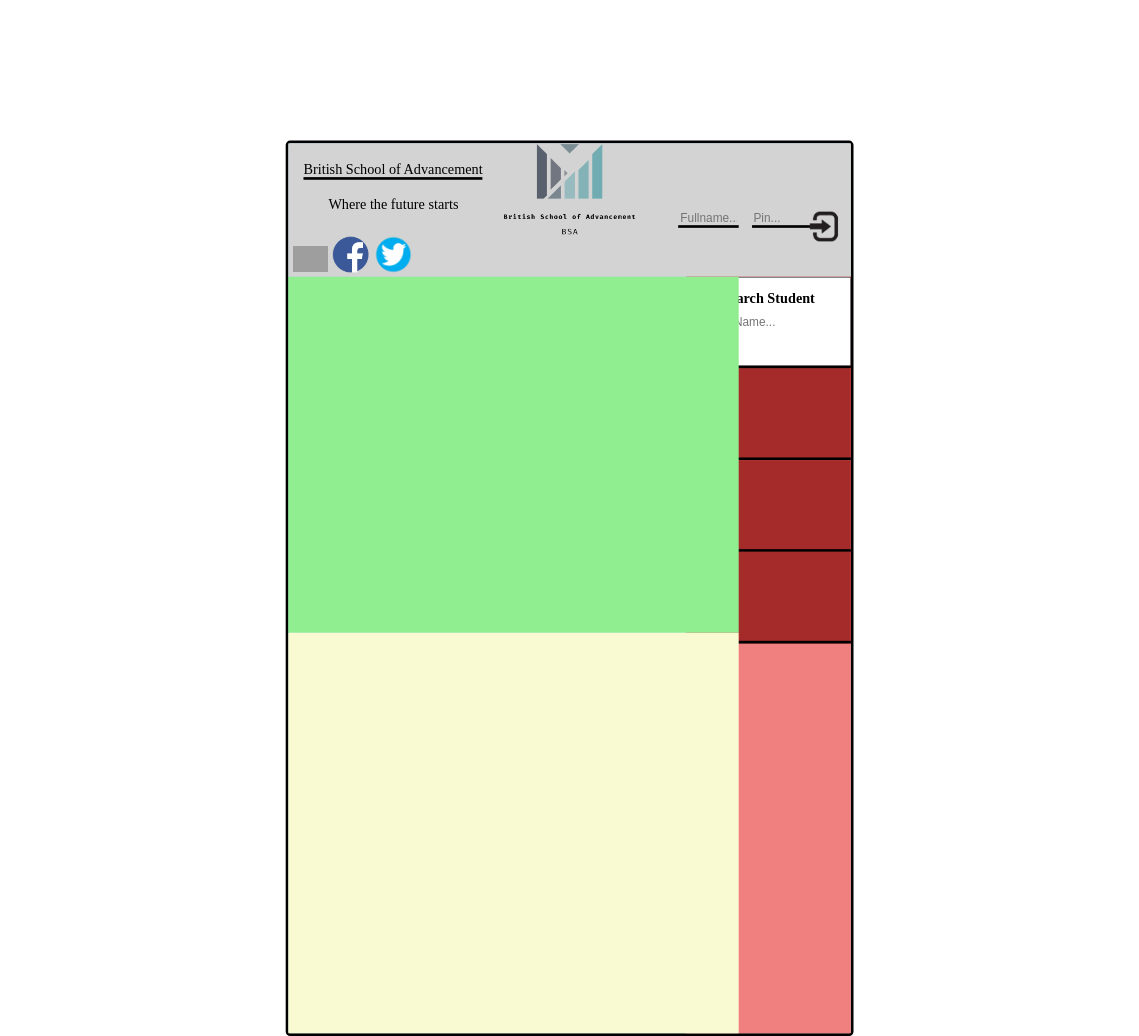
Repository: ghend99/School-app
Page: index.html
These files come from the project's save history. The page is drawn as it stood at one moment and after the next save; the edit follows.
The browser window is 1280 px wide. The pictures show the whole page, at 89% of full size.
Pictures or frames that could not be fetched are drawn as grey boxes.

Above is the page before, as saved 2023-03-24 13:48:59.

### index.html
<!DOCTYPE html>
<html lang="en">
  <head>
    <meta charset="UTF-8" />
    <meta http-equiv="X-UA-Compatible" content="IE=edge" />
    <meta name="viewport" content="width=device-width, initial-scale=1.0" />
    <title>Document</title>
    <link rel="stylesheet" href="style.css" />
  </head>
  <body>
    <div id="main-container">
      <!-- Header -->
      <div id="header-container">
        <p class="header-school-name">British School of Advancement</p>
        <p class="header-school-slogan">Where the future starts</p>
        <img
          id="header-socials"
          class="header-linkedin"
          src="images/LinkedIn.png"
        />
        <img
          id="header-socials"
          class="header-facebook"
          src="images/Facebook.png"
        />
        <img
          id="header-socials"
          class="header-twitter"
          src="images/Twitter.png"
        />
        <img class="header-logo" src="images/logo.png" />
        <input
          id="header-login"
          class="header-login-fullname"
          type="text"
          placeholder="Fullname..."
        />
        <input
          id="header-login"
          class="header-login-pin"
          type="number"
          placeholder="Pin..."
        />
        <img class="header-login-button" src="images/login-button.png" />
        <img class="header-login-icon" src="images/login.png" />
      </div>

      <!-- Sidebar -->
      <div id="sidebar-container">
        <div id="sidebar-link">
          <p class="sidebar-link-header">Search Student</p>
          <input id="sidebar-link-search" placeholder="Student Name..." />
        </div>
        <div id="sidebar-link"></div>
        <div id="sidebar-link"></div>
        <div id="sidebar-link"></div>
      </div>

      <!-- Student Information Container -->
      <div id="student-information-container"></div>

      <!-- Student Management Container -->
      <div id="student-management-container"></div>
    </div>

    <!-- Login Container -->
    <div id="login-container"></div>

    <div id="create-account-container"></div>

    <script src="main.js"></script>
  </body>
</html>

### style.css
#main-container {
  position: relative;
  max-width: 50%;
  min-width: 400px;
  height: 70vh;
  min-height: 1000px;
  top: 150px;
  margin-left: auto;
  margin-right: auto;
  background-color: lightblue;
  border: solid;
  border-radius: 5px;
}

#header-container {
  position: relative;
  width: 100%;
  max-height: 15%;
  min-height: 150px;
  background-color: lightgray;
}

.header-school-name {
  position: absolute;
  top: 20px;
  left: 17px;
  font-size: clamp(1rem, 1vw, 2rem);
  border-bottom: solid;
  margin: 0;
}

.header-school-slogan {
  position: absolute;
  top: clamp(5%, 60px, 80px);

  left: clamp(45px, 5%, 70px);
  font-size: clamp(0.9rem, 1.5vw, 1rem);
  margin: 0;
}

#header-socials {
  position: absolute;
  width: 40px;
  bottom: 5px;
}

.header-linkedin {
  left: 5px;
}

.header-facebook {
  left: clamp(50px, 7%, 60px);
}

.header-twitter {
  left: clamp(98px, 9%, 110px);
}

.header-logo {
  margin-left: auto;
  margin-right: auto;
  display: block;
  width: 150px;
  height: 100%;
}

#header-login {
  position: absolute;
  max-width: 10%;
  min-width: 5%;
  top: 50%;
  margin: 0;
  background-color: transparent;
  text-decoration: none;
  border: none;
  border-bottom: solid;
  outline: none;
}

.header-login-fullname {
  right: 20%;
}

.header-login-pin {
  right: 7%;
}

.header-login-button {
  position: absolute;
  right: 5px;
  width: 50px;
  top: 45%;
}

.header-login-icon {
  display: none;
}
#sidebar-container {
  position: absolute;
  max-width: 30%;
  min-width: 20%;
  height: 85%;
  right: 0;
  flex-direction: column;
  background-color: lightcoral;
}

#sidebar-link {
  position: relative;
  display: flex;
  width: 100%;
  height: 100px;
  background-color: brown;
  justify-content: center;
  border-bottom: solid;
}

.sidebar-link-header {
  position: absolute;
  font-size: 16px;
  font-weight: bold;
}

.sidebar-link-search {
  position: absolute;
  /* max-width: 75%;
  min-width: 200px; */
  height: 5%;
}

#student-information-container {
  position: relative;
  max-width: 80%;
  min-width: 50%;
  height: 40%;
  top: 0;
  background-color: lightgreen;
}

#student-management-container {
  position: relative;
  max-width: 80%;
  min-width: 50%;
  height: 45%;
  bottom: 0;
  background-color: lightgoldenrodyellow;
}

#login-container {
  position: absolute;
  top: 50%;
  left: 50%;
  transform: translate(-50%, -50%);
  max-width: 70%;
  min-width: 400px;
  height: 40vh;
  opacity: 0;
  background-color: aliceblue;
}

#create-account-container {
  position: absolute;
  top: 50%;
  left: 50%;
  transform: translate(-50%, -50%);
  max-width: 70%;
  min-width: 420px;
  height: 50vh;
  opacity: 0;
  background-color: aliceblue;
}

@media screen and (min-width: 0) and (max-width: 1200px) {
  .header-school-slogan {
    top: 50px;
  }

  .header-logo {
    display: none;
  }

  #header-login {
    display: none;
  }

  .header-login-button {
    display: none;
  }

  .header-login-icon {
    position: absolute;
    display: flex;
    right: 5px;
    width: 50px;
    top: 45%;
  }
}

Loaded but not shown: js/main.js (no copy from this time; the picture is the same without it)

After the next save:
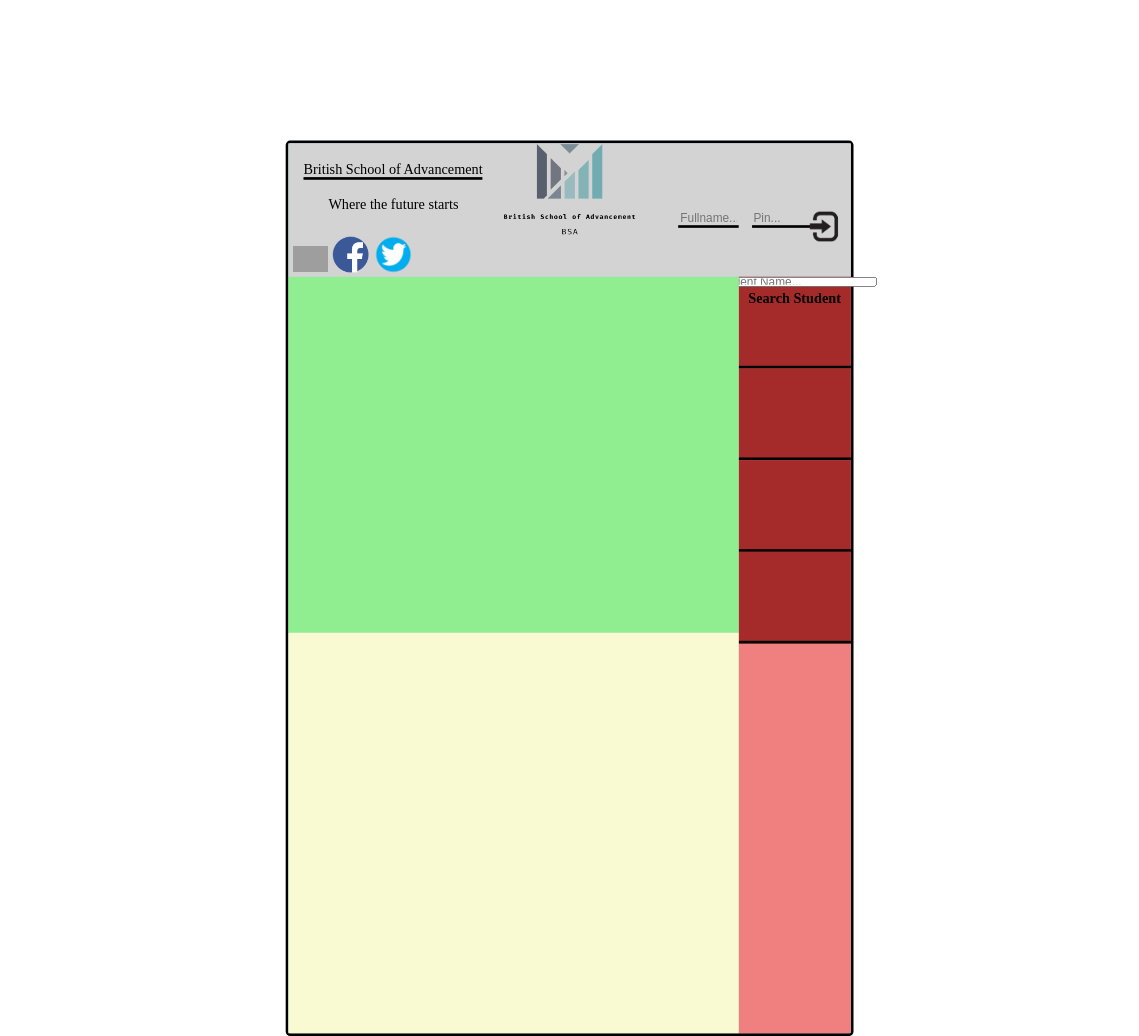
Saved 22 s later.
--- a/style.css
+++ b/style.css
@@ -121,7 +121,7 @@
   font-weight: bold;
 }
 
-.sidebar-link-search {
+#sidebar-link-search {
   position: absolute;
   /* max-width: 75%;
   min-width: 200px; */
